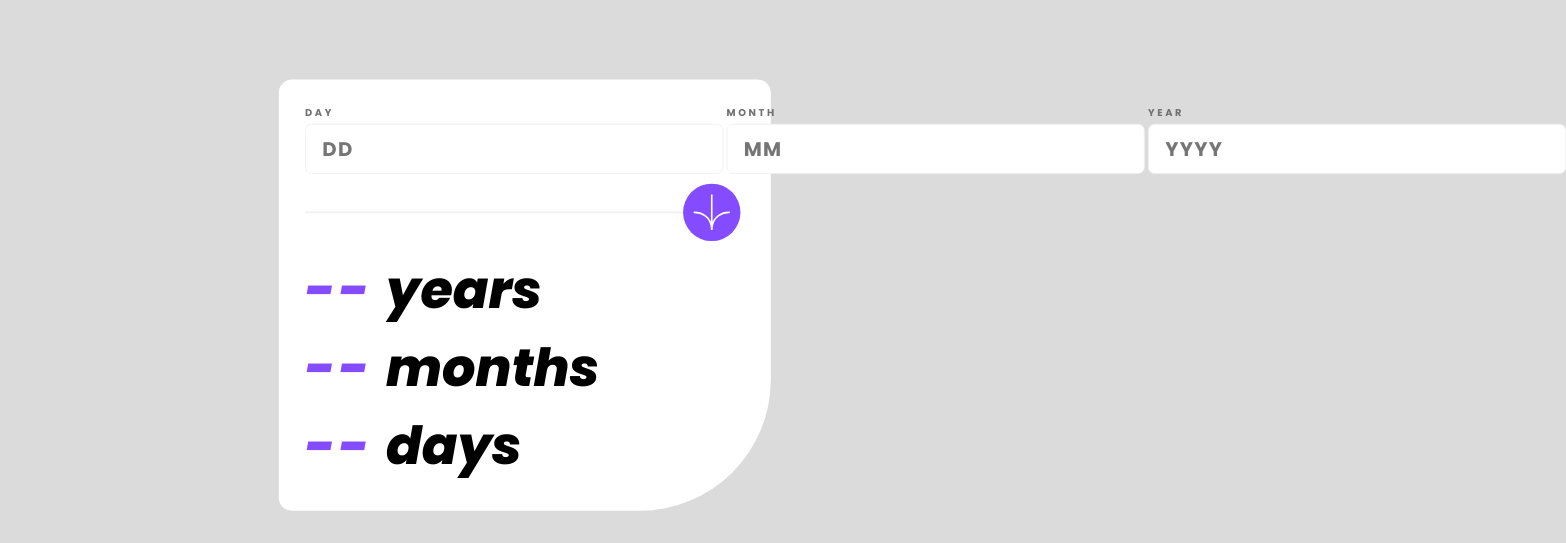
Repository: blordeus/age-calculator-app
Page: /
The author's editor kept a copy of each file at every save. The page is drawn from the files as they stood at one save, then again after the next save.
The browser window is 1280 px wide. The page is 1910 px wide, then 1570 px, so the pictures cover 1910 px, including what lies to the right of the window. The pictures show the whole page, at 82% of full size.
The project was rebuilt for these pictures with package versions that can differ from the ones it lists, and the page was loaded fresh each time.

Above is the page before, as saved 2023-08-23 16:10:56.

### src/App.js
 import { useState } from "react";
 import "./style.css";

 import arrowIcon from './images/icon-arrow.svg'

const App = () => {
  const [formData, setFormData] = useState({
    day: "",
    month: "",
    year: "",
  });

  const [formErrors, setFormErrors] = useState({
    day: "",
    month: "",
    year: "",
    generic: "",
  });

  const [output, setOutput] = useState({
    days: "",
    months: "",
    years: "",
  });

  const hasErrors = formErrors.day || formErrors.month || formErrors.year || formErrors.generic;

  return (
    <div className="card-container">
      <div className="inputs-container">
      <div className="input-label-container">
        <label htmlFor="day" style={{
          color: hasErrors ? "hsl(0,100%,67%)" : "hsl(0,1%,44%)",
        }}>Day</label>
        <input
        type="number"
        id="day"
        placeholder="DD"
        min={1}
        value={formData.day}
        style={{
          border: hasErrors
          ? '1px solid hsl(0,100%,67%)'
          : '1px solid hsl(0,0%,94%)'
        }}
        onChange={(e) =>
        setFormData((prevState) =>
        ({...prevState,
          day:e.target.value}))}
        />
        {formErrors.day && <p className="error">{formErrors.day}</p>}
      </div>

      <div className="input-label-container">
        <label htmlFor="month" style={{
          color: hasErrors ? "hsl(0,100%,67%)" : "hsl(0,1%,44%)",
        }}>Month</label>
        <input
        type="number"
        id="day"
        placeholder="MM"
        min={1}
        value={formData.month}
        style={{
          border: hasErrors
          ? '1px solid hsl(0,100%,67%)'
          : '1px solid hsl(0,0%,94%)'
        }}
        onChange={(e) =>
        setFormData((prevState) =>
        ({...prevState,
          month:e.target.value}))}
        />
        {formErrors.month && <p className="error">{formErrors.month}</p>}
      </div>

      <div className="input-label-container">
        <label htmlFor="year" style={{
          color: hasErrors ? "hsl(0,100%,67%)" : "hsl(0,1%,44%)",
        }}>Year</label>
        <input
        type="number"
        id="year"
        placeholder="YYYY"
        min={1}
        value={formData.year}
        style={{
          border: hasErrors
          ? '1px solid hsl(0,100%,67%)'
          : '1px solid hsl(0,0%,94%)'
        }}
        onChange={(e) =>
        setFormData((prevState) =>
        ({...prevState,
          year:e.target.value}))}
        />
        {formErrors.year && <p className="error">{formErrors.year}</p>}
      </div>
    </div>

    {formErrors.generic && (
      <p className="error generic">{formErrors.generic}</p>
    )}

<div className="divider-container">
  <div className="divider"></div>

  <button className="btn" onClick={() => null}>
    <img src={arrowIcon} alt="arrowIcon" />
  </button>
</div>

<div className="output-container">
  <h1>
    <span className="highlighted">
    {output.years === "" ? '--' : output.years}{" "}
    </span>
    {output.years === 1 ? 'year' : "years"}
    </h1>

    <h1>
    <span className="highlighted">
    {output.months === "" ? '--' : output.months}{" "}
    </span>
    {output.months === 1 ? 'month' : "months"}
    </h1>

    <h1>
    <span className="highlighted">
    {output.days === "" ? '--' : output.days}{" "}
    </span>
    {output.days === 1 ? 'day' : "days"}
    </h1>
</div>
    </div>
  );
};

export default App;

### src/style.css
@import url("https://fonts.googleapis.com/css2?family=Poppins:ital,wght@0,700;1,400;1,800&display=swap");

* {
  box-sizing: border-box;
  margin: 0;
  padding: 0;
  font-family: "Poppins", sans-serif;
}

:root {
  --Purple: hsl(259, 100%, 65%);
  --Light-red: hsl(0, 100%, 67%);
  --White: hsl(0, 0%, 100%);
  --Off-white: hsl(0, 0%, 94%);
  --Light-grey: hsl(0, 0%, 86%);
  --Smokey-grey: hsl(0, 1%, 44%);
  --Off-black: hsl(0, 0%, 8%);
}

body {
  background-color: var(--Light-grey);
  min-height: 100vh;
  display: flex;
  align-items: center;
  justify-content: center;
}

.card-container {
  width: 600px;
  border-radius: 1rem 1rem 10rem 1rem;
  background-color: var(--White);
  padding: 2rem;
  max-width: 100vw;
  margin-top: 1rem;
  margin-bottom: 1rem;
}

.inputs-container {
  display: flex;
  gap: 0.25rem;
}

.input-label-container {
  display: flex;
  flex-direction: column;
  gap: 0.25rem;
  flex: 1;
}

.input-label-container label {
  text-transform: uppercase;
  font-size: 0.75rem;
  letter-spacing: 0.2rem;
}

.input-label-container input {
  width: 130opx;
  padding: 0.75rem 1rem 0.75rem 1.25rem;
  font-size: 1.5rem;
  color: var(--Off-black);
  border-radius: 0.5rem;
  outline: none;
  letter-spacing: 0.1rem;
}

.error {
  color: var(--Light-red);
  font-weight: 400;
  font-style: italic;
  margin-top: 0.25rem;
  letter-spacing: 0.1rem;
  font-size: 0.75rem;
}

.error.generic {
  margin-top: 0.5rem;
}

.divider-container {
  display: flex;
  align-items: center;
  margin-top: 0.75rem;
  margin-bottom: 0.75rem;
}

.divider {
  height: 2px;
  background-color: var(--Off-white);
  width: 86%;
}

.btn {
  width: 70px;
  height: 70px;
  border-radius: 50%;
  background-color: var(--Purple);
  border:none;
  cursor: pointer;
  display: flex;
  align-items: center;
  justify-content: center;
}

.btn:hover {
  background-color: var(--Off-Black);
}

.output-container h1 {
  font-size: 4rem;
  font-weight: 800;
  font-style: italic;
}

.output-container .highlighted {
  color: var(--Purple);
  letter-spacing: 0.25rem;
}

@media only screen and (max-width: 620px) {
  .divider-container {
    display: block;
    position: relative;
    margin-top: 3rem;
    margin-bottom: 3rem;
  }

  .divider {
  width: 100%;
}

.btn {
  position: absolute;
  left: 50%;
  top: 50%;
  transform: translate(-50%, -50%);
}

.inputs-container {
  gap: 0.85rem;
}

.input-label-container input {
  font-size: 1rem;
}

.output-container h1 {
  font-size: 2.5rem;
}
}

@media only screen and (max-width: 530px) {
.inputs-container {
  flex-direction: column;
}

.input-label-container {
  width: 100%;
}

.input-label-container input {
  width: 100%;
}

.card-container {
  border-radius: 1rem 1rem 5rem 1rem;
}
}

Loaded but not shown: src/index.js (common file)

After the next save:
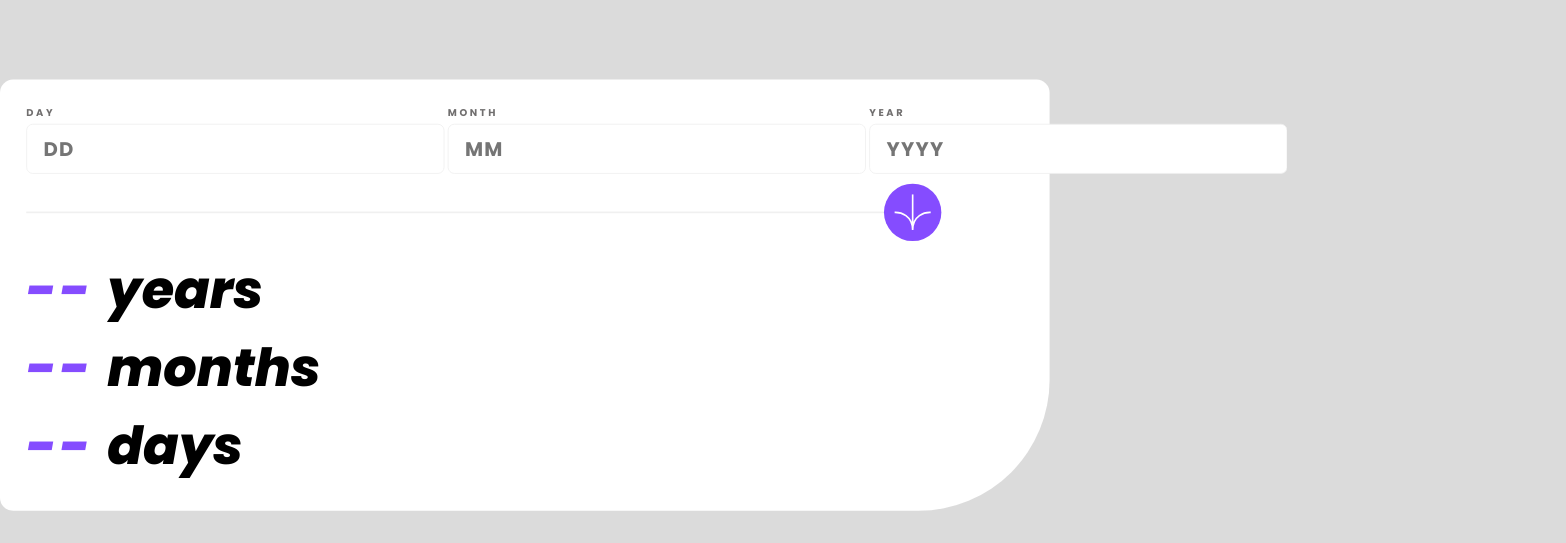
Saved 7 s later.
--- a/src/style.css
+++ b/src/style.css
@@ -26,7 +26,7 @@ body {
 }
 
 .card-container {
-  width: 600px;
+  width: 6900px;
   border-radius: 1rem 1rem 10rem 1rem;
   background-color: var(--White);
   padding: 2rem;
